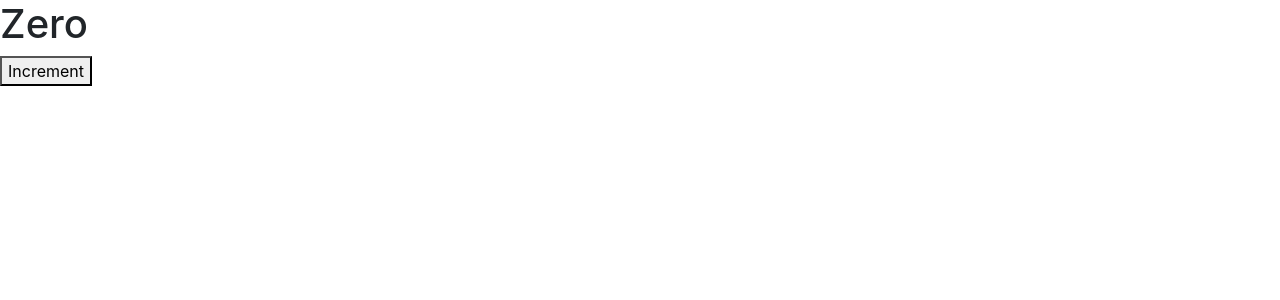
Repository: smk87/First-React-App
Page: /
An editor plug-in stored every save of this project. The page is shown before and after the next save, followed by the edit.
The browser window is 1280 px wide. The pictures show the whole page.
The project was rebuilt for these pictures with package versions that can differ from the ones it lists, and the page was loaded fresh each time. Also part of the build but not shown: src/App.css, src/App.js.

Above is the page before, as saved 2019-01-04 20:32:59.

After the next save:
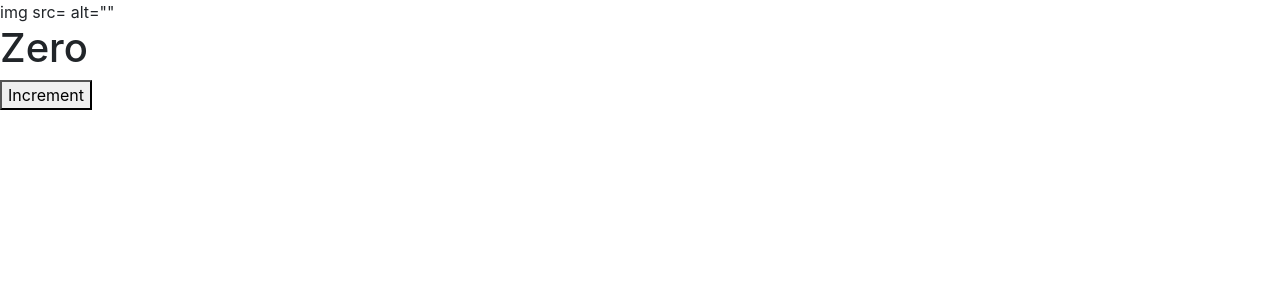
Saved 33 s later.
--- a/src/components/counter.jsx
+++ b/src/components/counter.jsx
@@ -7,6 +7,7 @@ class Counter extends Component {
   render() {
     return (
       <div>
+        img src={} alt=""
         <h1>{this.formatCount()}</h1>
         <button>Increment</button>
       </div>
